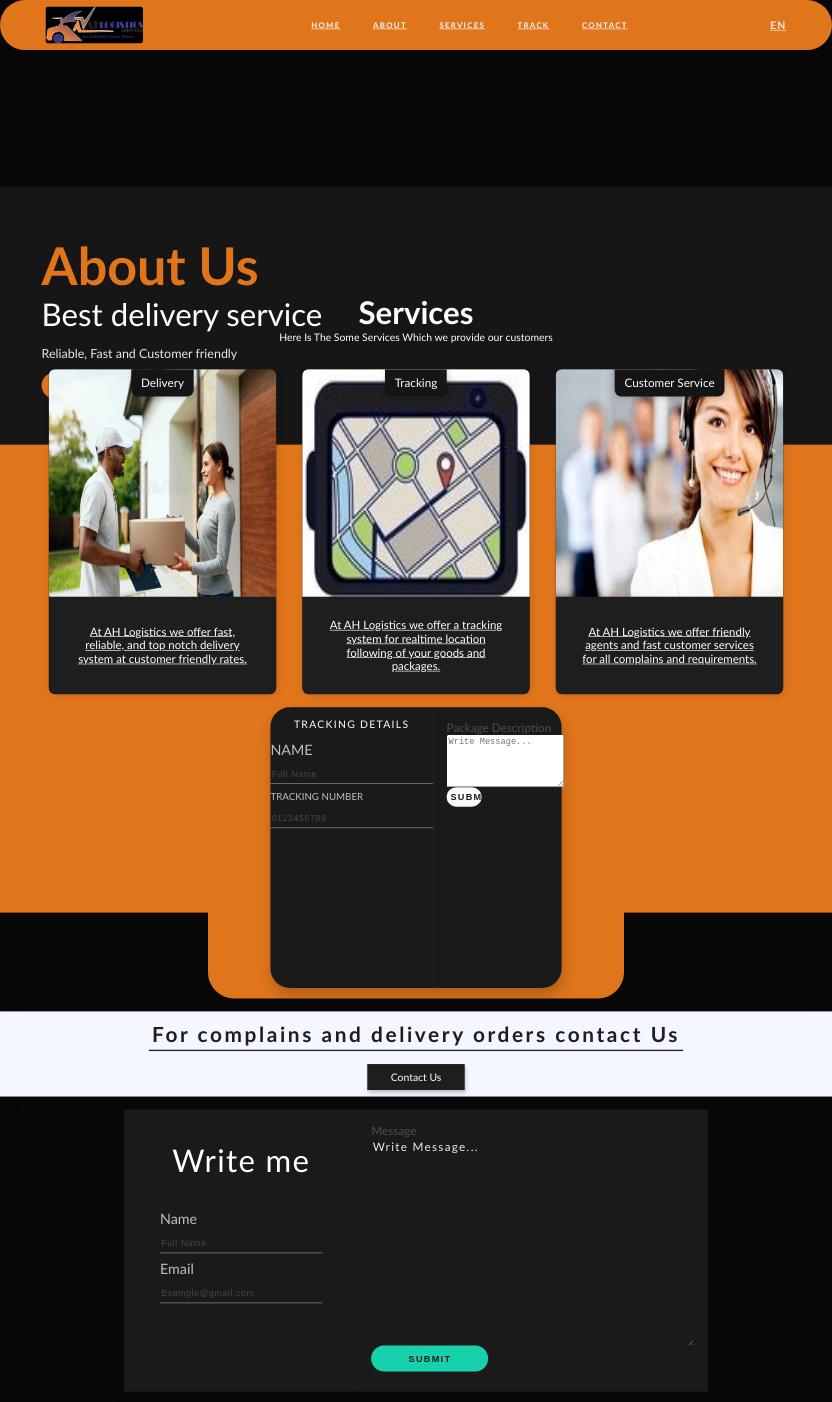
Repository: TheSecretlifeOfX/Ah-Logistics
Page: index.html
These files come from the project's save history. The page is drawn as it stood at one moment and after the next save; the edit follows.
The browser window is 1280 px wide. The pictures show the whole page, at 65% of full size.

Above is the page before, as saved 2022-03-02 16:17:56.

After the next save:
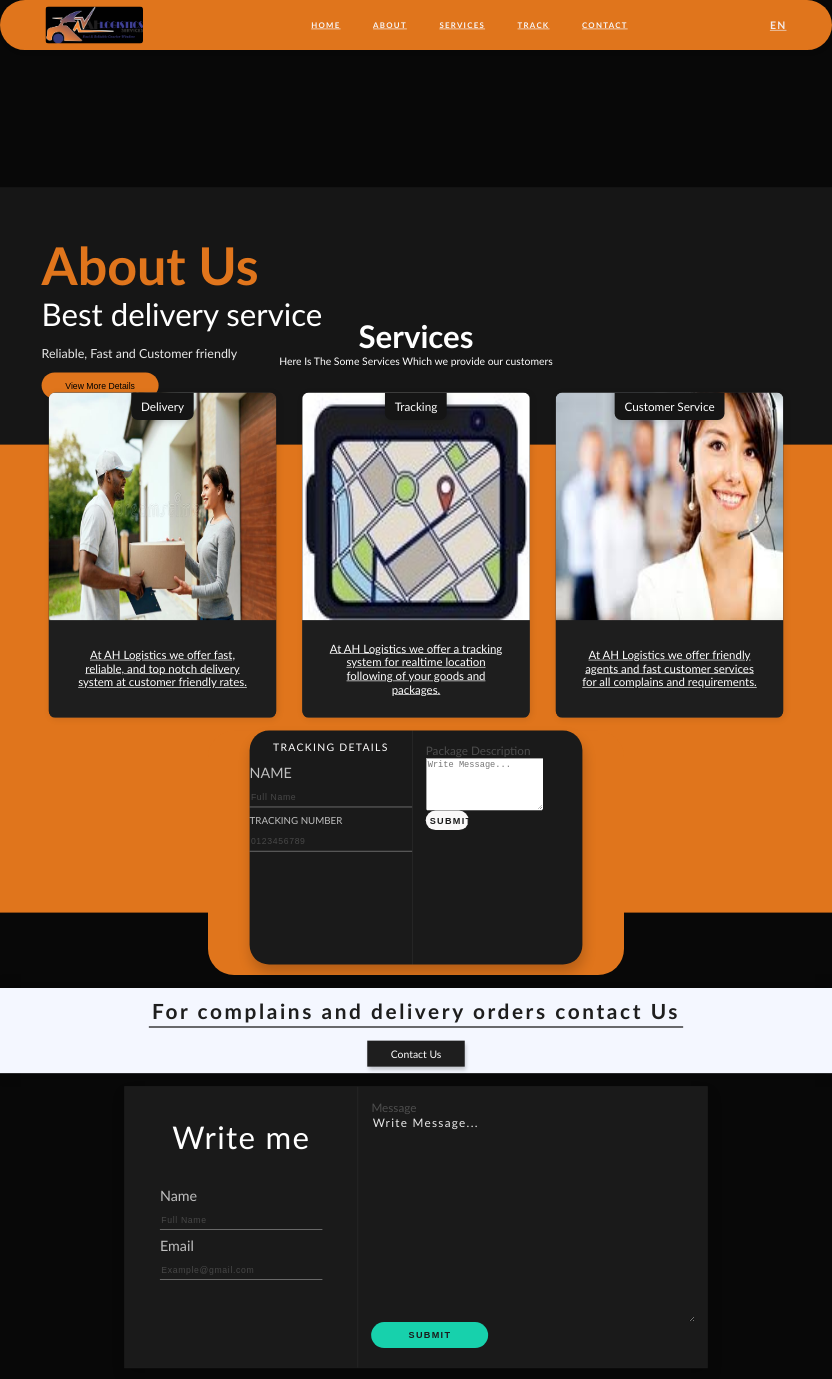
Saved 28 s later.
--- a/css/home.css
+++ b/css/home.css
@@ -222,8 +222,8 @@ body{
 		}
 		#Tracking-Form form{
 			display: flex;
-			width: 70%;
-			height: 60vh;
+			width: 80%;
+			height: 50vh;
 			background-color: #1A1A1A;
 			box-shadow: 2px 12px 20px rgba(0,0,0,0.2);
 			border-radius: 30px
